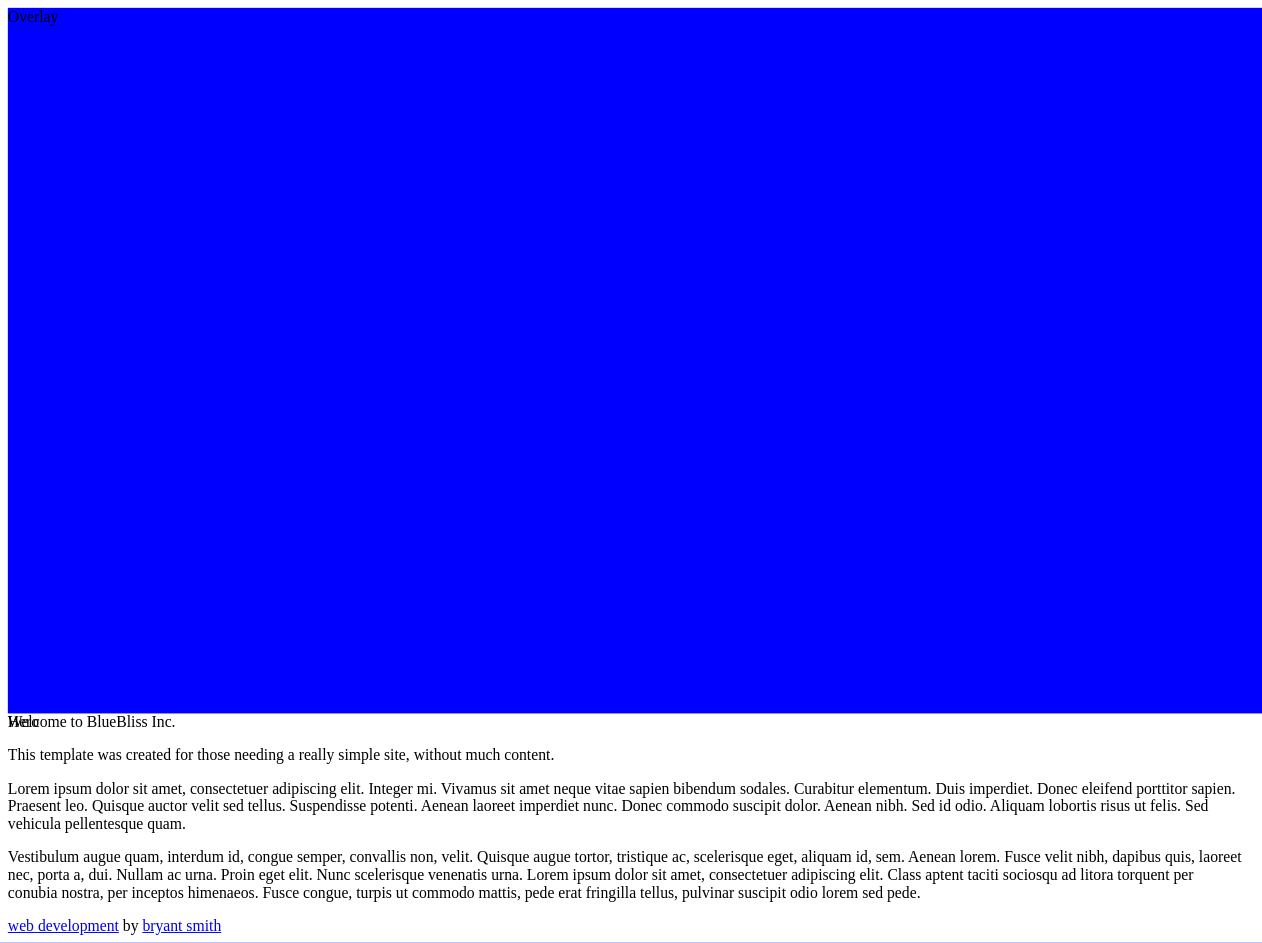
Repository: Scoofster/SWE-Flying-start-bio-website
Page: public/index.html
The author's editor kept a copy of each file at every save. The page is drawn from the files as they stood at one save, then again after the next save.
The browser window is 1280 px wide. The page is 1288 px wide, so the pictures cover 1288 px, including what lies to the right of the window. The pictures show the whole page, at 98% of full size.

Above is the page before, as saved 2022-06-16 12:33:51.

After the next save:
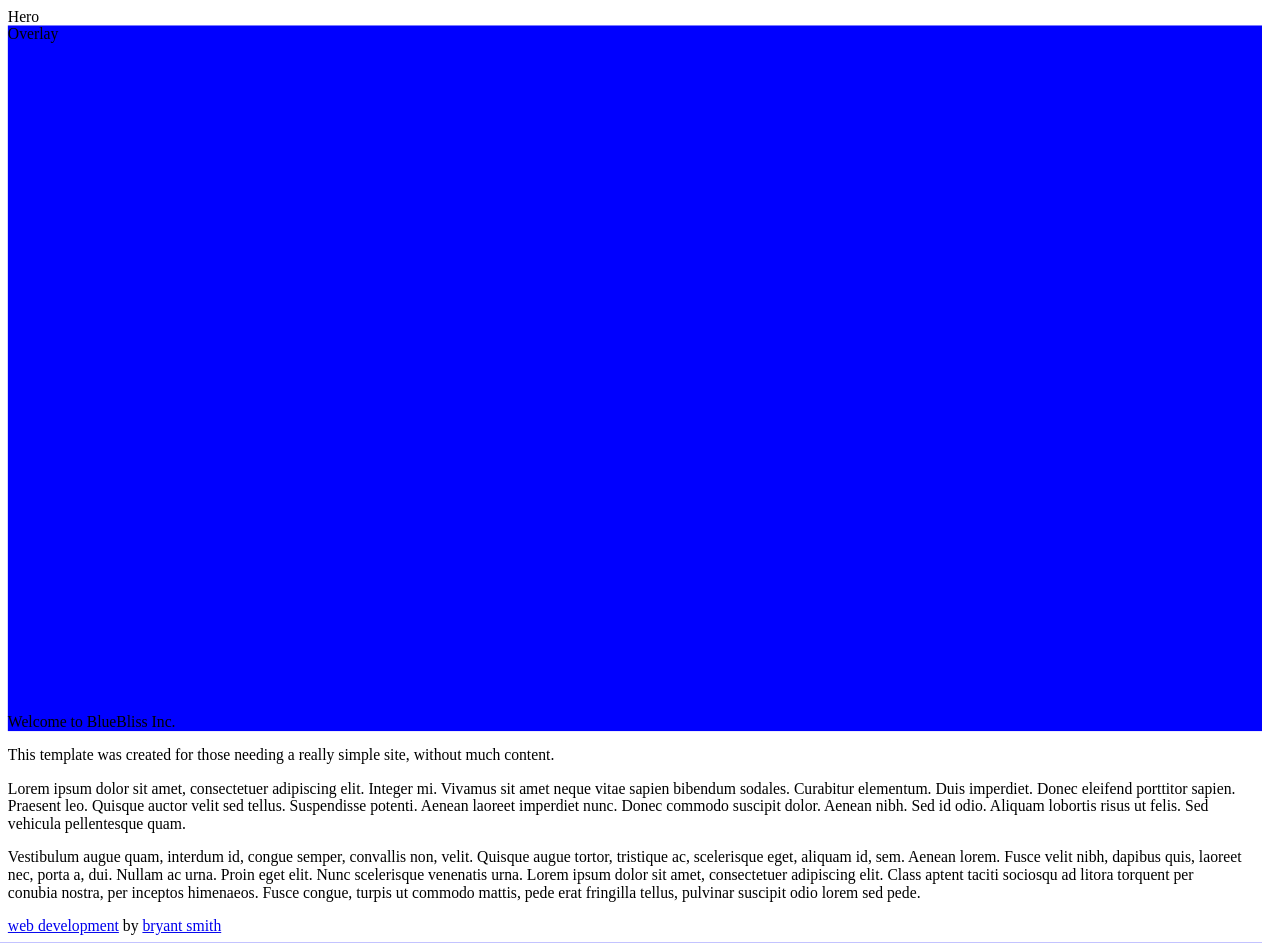
Saved 13 s later.
--- a/public/index.html
+++ b/public/index.html
@@ -13,8 +13,8 @@
     <div id="mainContentArea">
       <div id="contentBox">
         <div id="hero">
+          Hero
           <div id="hero_overlay">Overlay</div>
-          Hero
         </div>
 
         <div id="blueBox">
